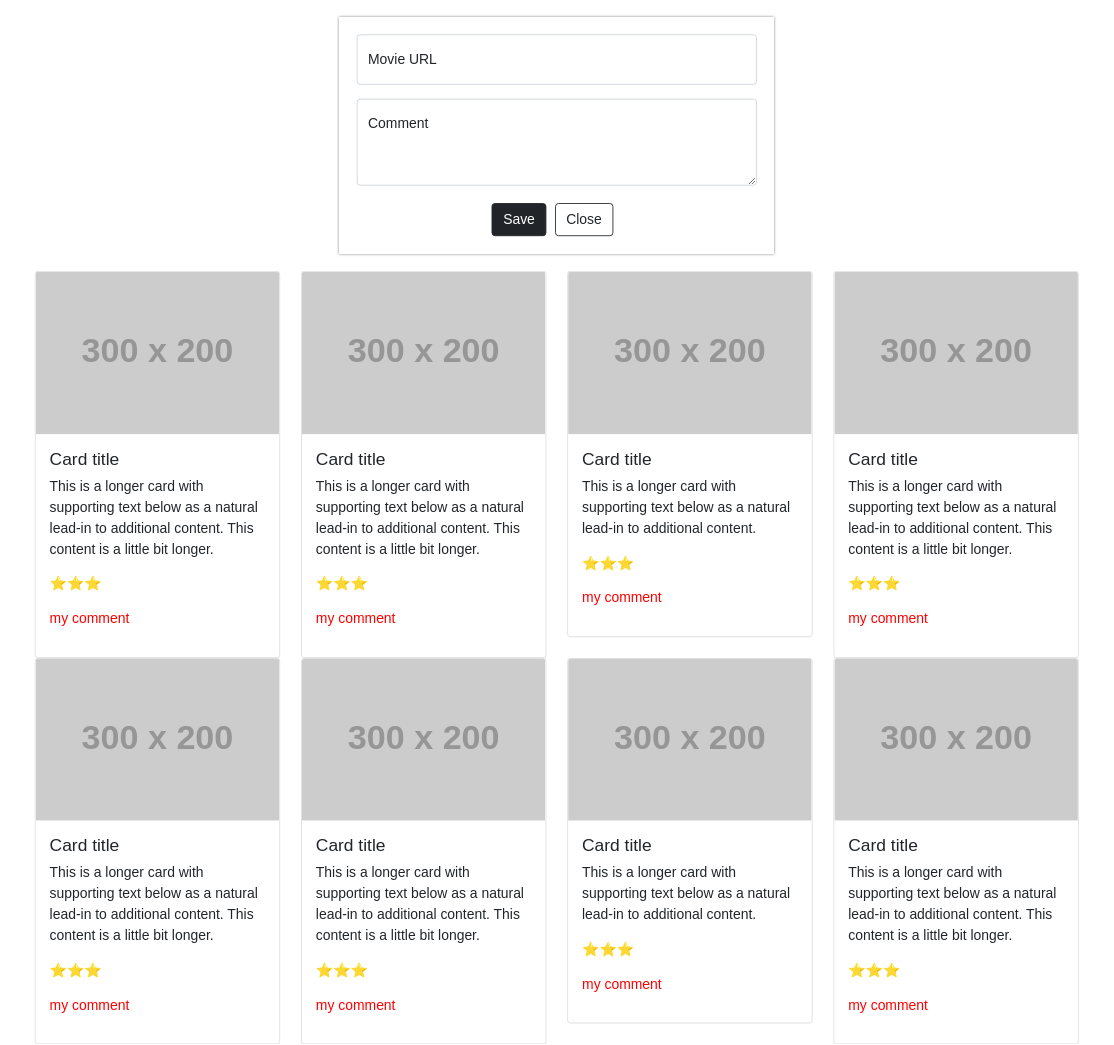
Repository: sinayaka-body/sparta
Page: frontend/test2.html
An editor plug-in stored every save of this project. The page is shown before and after the next save, followed by the edit.
The browser window is 1280 px wide. The pictures show the part of the page from y = 250 to 1494 px (the page is 1451 px tall before and 1494 px after), at 87% of full size.
Some web fonts or font styles are not loaded; a fallback is used.

Above is the page before, as saved 2023-04-15 17:00:22.

### frontend/test2.html
<!DOCTYPE html>
<html lang="en">
  <head>
    <meta charset="utf-8" />
    <meta name="viewport" content="width=device-width, initial-scale=1, shrink-to-fit=no" />

    <link href="https://cdn.jsdelivr.net/npm/bootstrap@5.0.2/dist/css/bootstrap.min.css" rel="stylesheet" integrity="sha384-EVSTQN3/azprG1Anm3QDgpJLIm9Nao0Yz1ztcQTwFspd3yD65VohhpuuCOmLASjC" crossorigin="anonymous" />
    <script src="https://ajax.googleapis.com/ajax/libs/jquery/3.5.1/jquery.min.js"></script>
    <script src="https://cdn.jsdelivr.net/npm/bootstrap@5.0.2/dist/js/bootstrap.bundle.min.js" integrity="sha384-MrcW6ZMFYlzcLA8Nl+NtUVF0sA7MsXsP1UyJoMp4YLEuNSfAP+JcXn/tWtIaxVXM" crossorigin="anonymous"></script>

    <title>Spartapedia</title>

    <style>
      @import url("https://fonts.googleapis.com/css2?family=Gowun+Dodum&display=swap");

      * {
        font-family: "Hahmlet", sans-serif;
      }

      .mytitle {
        width: 100%;
        height: 250px;

        background-image: linear-gradient(0deg, rgba(0, 0, 0, 0.5), rgba(0, 0, 0, 0.5)), url("https://movie-phinf.pstatic.net/20210715_95/1626338192428gTnJl_JPEG/movie_image.jpg");
        background-position: center;
        background-size: cover;

        color: white;

        display: flex;
        flex-direction: column;
        align-items: center;
        justify-content: center;
      }

      .mytitle > button {
        width: 200px;
        height: 50px;

        background-color: transparent;
        color: white;

        border-radius: 50px;
        border: 1px solid white;

        margin-top: 10px;
      }

      .mytitle > button:hover {
        border: 2px solid white;
      }

      .mycards {
        margin: 20px auto 0px auto;
        width: 95%;
        max-width: 1200px;
      }

      .mypost {
        width: 95%;
        max-width: 500px;
        margin: 20px auto 0px auto;
        padding: 20px;
        box-shadow: 0px 0px 3px 0px gray;
      }

      .mybtns {
        display: flex;
        flex-direction: row;
        align-items: center;
        justify-content: center;
        margin-top: 20px;
      }

      .mybtns > button {
        margin-right: 10px;
      }
    </style>
  </head>

  <body>
    <div class="mytitle">
      <h1>My favorite movies</h1>
      <button>Save a new movie</button>
    </div>

    <div class="mypost">
      <div class="form-floating mb-3">
        <input type="email" class="form-control" id="floatingInput" placeholder="name@example.com" />
        <label for="floatingInput">Movie URL</label>
      </div>
      <div class="form-floating">
        <textarea class="form-control" placeholder="Leave a comment here" name="" id="floatingTextarea2" style="height: 100px"></textarea>
        <label for="floatingTextarea2">Comment</label>
      </div>
      <div class="mybtns">
        <button type="button" class="btn btn-dark">Save</button>
        <button type="button" class="btn btn-outline-dark">Close</button>
      </div>
    </div>

    <div class="mycards">
      <div class="row row-cols-1 row-cols-md-4 g-4">
        <div class="col">
          <div class="card">
            <img src="https://placehold.jp/300x200.png" class="card-img-top" alt="..." />
            <div class="card-body">
              <h5 class="card-title">Card title</h5>
              <p class="card-text">This is a longer card with supporting text below as a natural lead-in to additional content. This content is a little bit longer.</p>
              <p>⭐⭐⭐</p>
              <p style="color: red">my comment</p>
            </div>
          </div>
        </div>
        <div class="col">
          <div class="card">
            <img src="https://placehold.jp/300x200.png" class="card-img-top" alt="..." />
            <div class="card-body">
              <h5 class="card-title">Card title</h5>
              <p class="card-text">This is a longer card with supporting text below as a natural lead-in to additional content. This content is a little bit longer.</p>
              <p>⭐⭐⭐</p>
              <p style="color: red">my comment</p>
            </div>
          </div>
        </div>
        <div class="col">
          <div class="card">
            <img src="https://placehold.jp/300x200.png" class="card-img-top" alt="..." />
            <div class="card-body">
              <h5 class="card-title">Card title</h5>
              <p class="card-text">This is a longer card with supporting text below as a natural lead-in to additional content.</p>
              <p>⭐⭐⭐</p>
              <p style="color: red">my comment</p>
            </div>
          </div>
        </div>
        <div class="col">
          <div class="card">
            <img src="https://placehold.jp/300x200.png" class="card-img-top" alt="..." />
            <div class="card-body">
              <h5 class="card-title">Card title</h5>
              <p class="card-text">This is a longer card with supporting text below as a natural lead-in to additional content. This content is a little bit longer.</p>
              <p>⭐⭐⭐</p>
              <p style="color: red">my comment</p>
            </div>
          </div>
        </div>
      </div>
      <div class="row row-cols-1 row-cols-md-4 g-4">
        <div class="col">
          <div class="card">
            <img src="https://placehold.jp/300x200.png" class="card-img-top" alt="..." />
            <div class="card-body">
              <h5 class="card-title">Card title</h5>
              <p class="card-text">This is a longer card with supporting text below as a natural lead-in to additional content. This content is a little bit longer.</p>
              <p>⭐⭐⭐</p>
              <p style="color: red">my comment</p>
            </div>
          </div>
        </div>
        <div class="col">
          <div class="card">
            <img src="https://placehold.jp/300x200.png" class="card-img-top" alt="..." />
            <div class="card-body">
              <h5 class="card-title">Card title</h5>
              <p class="card-text">This is a longer card with supporting text below as a natural lead-in to additional content. This content is a little bit longer.</p>
              <p>⭐⭐⭐</p>
              <p style="color: red">my comment</p>
            </div>
          </div>
        </div>
        <div class="col">
          <div class="card">
            <img src="https://placehold.jp/300x200.png" class="card-img-top" alt="..." />
            <div class="card-body">
              <h5 class="card-title">Card title</h5>
              <p class="card-text">This is a longer card with supporting text below as a natural lead-in to additional content.</p>
              <p>⭐⭐⭐</p>
              <p style="color: red">my comment</p>
            </div>
          </div>
        </div>
        <div class="col">
          <div class="card">
            <img src="https://placehold.jp/300x200.png" class="card-img-top" alt="..." />
            <div class="card-body">
              <h5 class="card-title">Card title</h5>
              <p class="card-text">This is a longer card with supporting text below as a natural lead-in to additional content. This content is a little bit longer.</p>
              <p>⭐⭐⭐</p>
              <p style="color: red">my comment</p>
            </div>
          </div>
        </div>
      </div>
    </div>
  </body>
</html>

After the next save:
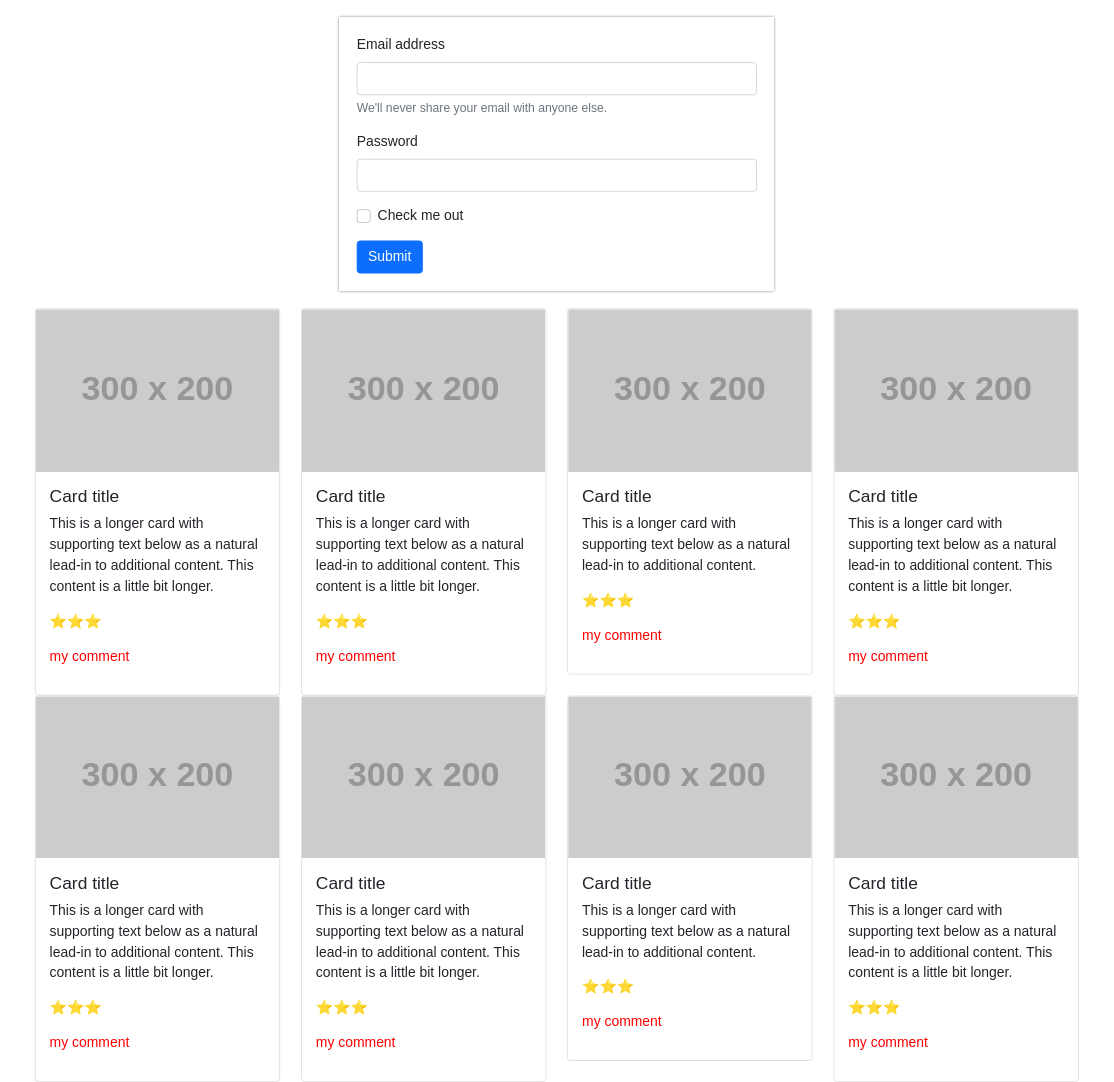
Saved 8 s later.
--- a/frontend/test2.html
+++ b/frontend/test2.html
@@ -85,18 +85,22 @@
     </div>
 
     <div class="mypost">
-      <div class="form-floating mb-3">
-        <input type="email" class="form-control" id="floatingInput" placeholder="name@example.com" />
-        <label for="floatingInput">Movie URL</label>
-      </div>
-      <div class="form-floating">
-        <textarea class="form-control" placeholder="Leave a comment here" name="" id="floatingTextarea2" style="height: 100px"></textarea>
-        <label for="floatingTextarea2">Comment</label>
-      </div>
-      <div class="mybtns">
-        <button type="button" class="btn btn-dark">Save</button>
-        <button type="button" class="btn btn-outline-dark">Close</button>
-      </div>
+      <form>
+        <div class="mb-3">
+          <label for="exampleInputEmail1" class="form-label">Email address</label>
+          <input type="email" class="form-control" id="exampleInputEmail1" aria-describedby="emailHelp" />
+          <div id="emailHelp" class="form-text">We'll never share your email with anyone else.</div>
+        </div>
+        <div class="mb-3">
+          <label for="exampleInputPassword1" class="form-label">Password</label>
+          <input type="password" class="form-control" id="exampleInputPassword1" />
+        </div>
+        <div class="mb-3 form-check">
+          <input type="checkbox" class="form-check-input" id="exampleCheck1" />
+          <label class="form-check-label" for="exampleCheck1">Check me out</label>
+        </div>
+        <button type="submit" class="btn btn-primary">Submit</button>
+      </form>
     </div>
 
     <div class="mycards">
